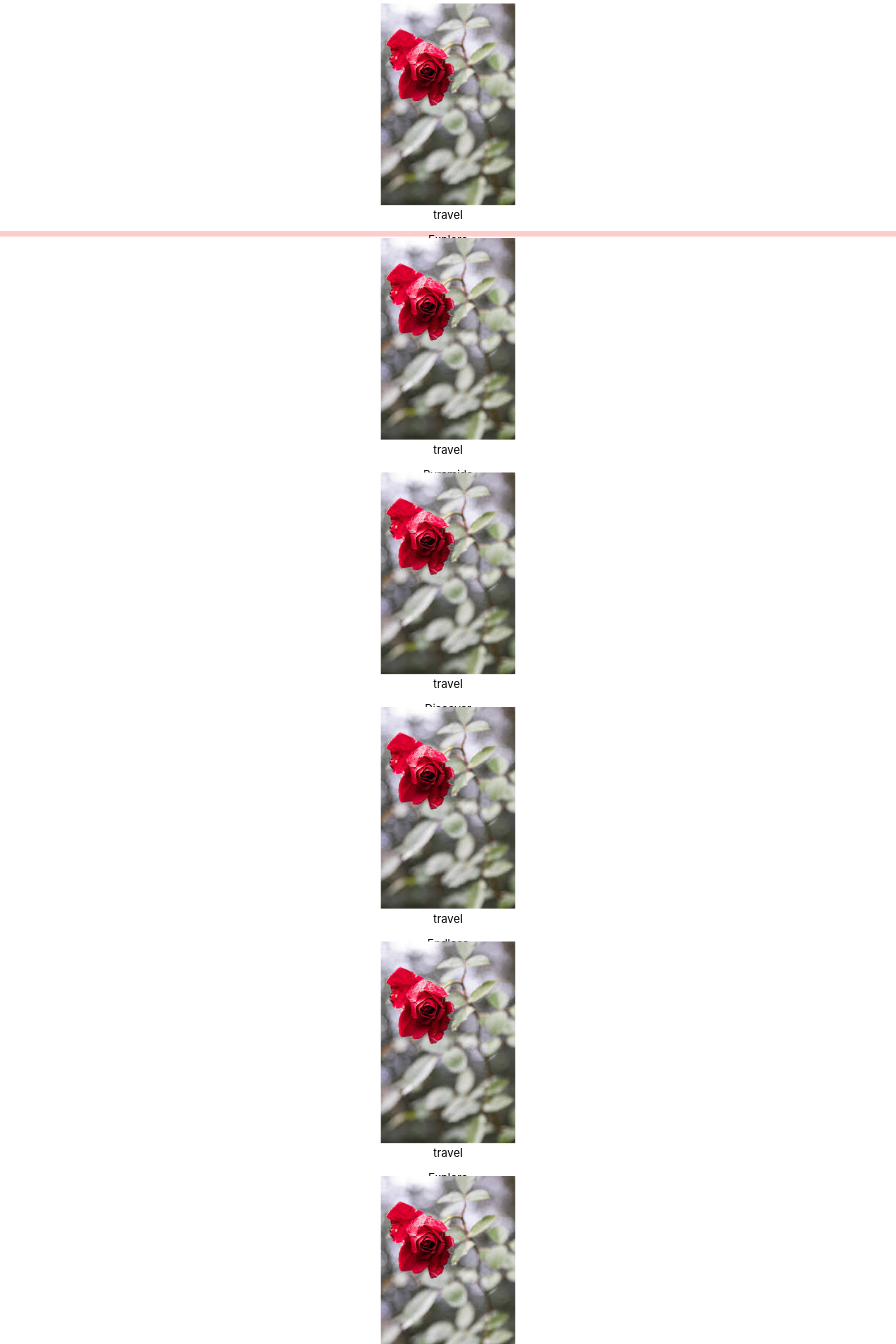
Repository: vakharia5/Preview
Page: /
An editor plug-in stored every save of this project. The page is shown before and after the next save, followed by the edit.
The browser window is 1280 px wide. The pictures show the part of the page from y = 0 to 1920 px (the page is 2698 px tall), at 70% of full size.
The pointer rests on the first visible `.card`.
The project was rebuilt for these pictures with package versions that can differ from the ones it lists, and the page was loaded fresh each time.

Above is the page before, as saved 2020-06-22 15:22:15.

After the next save:
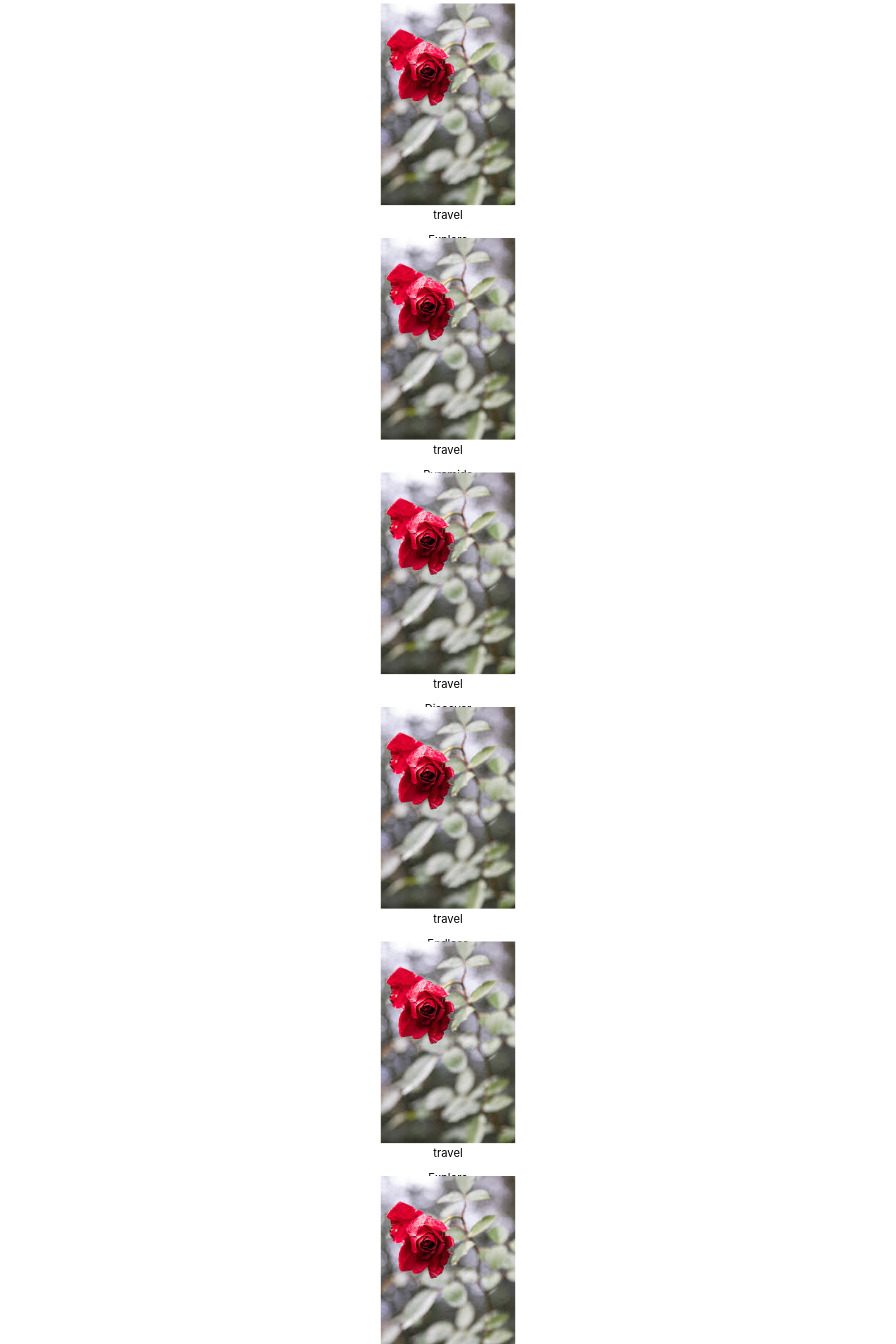
Saved 14 s later.
--- a/src/assets/css/Style.css
+++ b/src/assets/css/Style.css
@@ -24,7 +24,7 @@
     background-color: #64b5f6;
   } */
 
-  .card:hover{
+  .card.img:hover{
     /* box-shadow: 0 8px 20px -10px #615151; */
     box-shadow: 0px 8px  rgba(252, 1, 1, 0.20);
   }
